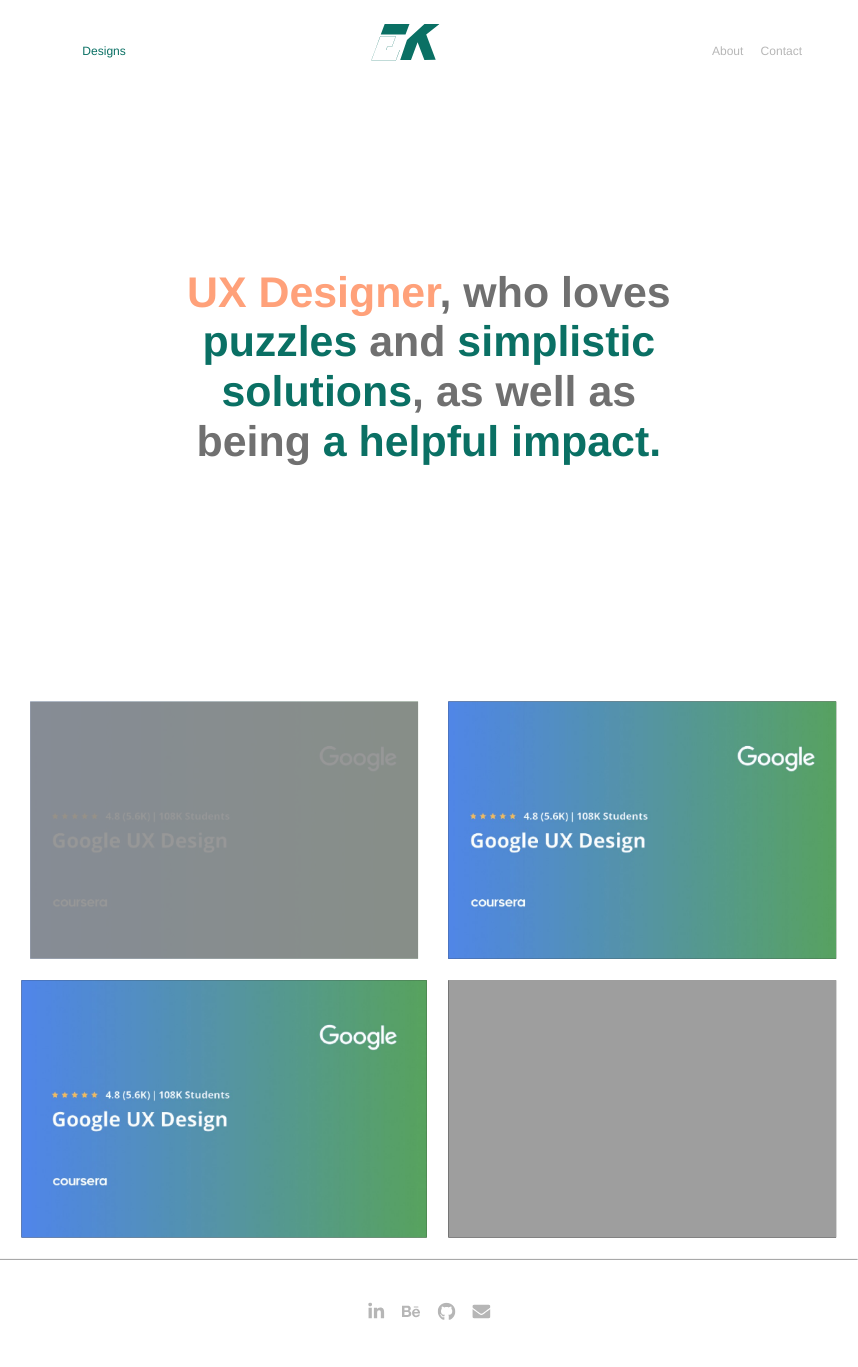
Repository: Kudom-E/Kudom-E.github.io
Page: /#/designs
An editor plug-in stored every save of this project. The page is shown before and after the next save, followed by the edit.
The browser window is 1280 px wide. The pictures show the whole page, at 67% of full size.
Pictures or frames that could not be fetched are drawn as grey boxes. The project was rebuilt for these pictures with package versions that can differ from the ones it lists, and the page was loaded fresh each time. Also part of the build but not shown: next.config.js, src/Pages/Splash/Splash.js, src/Pages/About/About.js, src/Pages/Contact/Contact.js, src/Pages/Project/Project.js, src/App.css.

Above is the page before, as saved 2022-03-31 22:04:28.

After the next save:
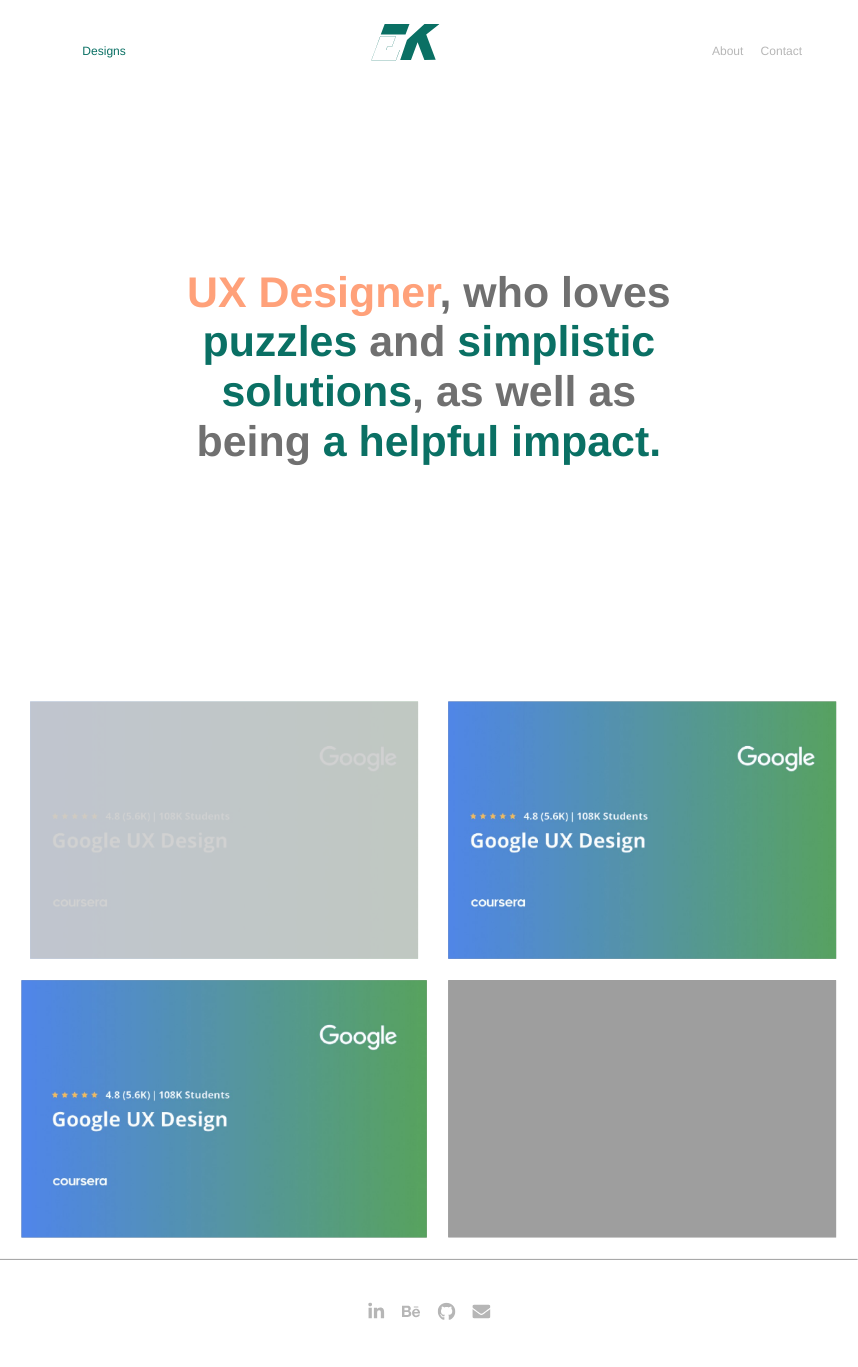
Saved 41 s later.
--- a/src/Pages/Pages.css
+++ b/src/Pages/Pages.css
@@ -97,7 +97,7 @@
     width: 100%;
     height: 30vw;
     margin: 0;
-    background-color: #000000;
+    background-color: #8f8f8f;
 }
 .c-back {
     opacity: .8;
